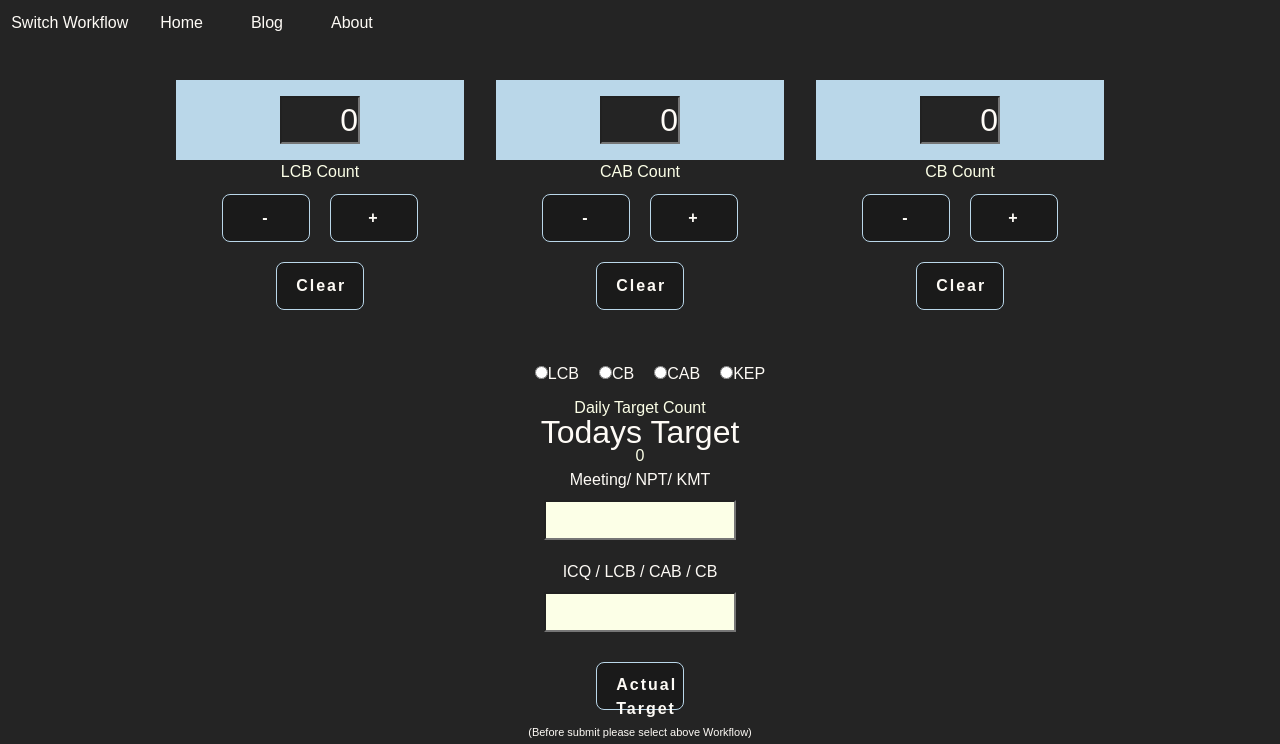
Repository: suraj-yadav7/SwitchWorkflow-Count-reactjs
Page: /
These files come from the project's save history. The page is drawn as it stood at one moment and after the next save; the edit follows.
The browser window is 1280 px wide. The pictures show the whole page.
Some web fonts or font styles are not loaded; a fallback is used. The project was rebuilt for these pictures with package versions that can differ from the ones it lists, and the page was loaded fresh each time.

Above is the page before, as saved 2023-04-20 11:22:16.

After the next save:
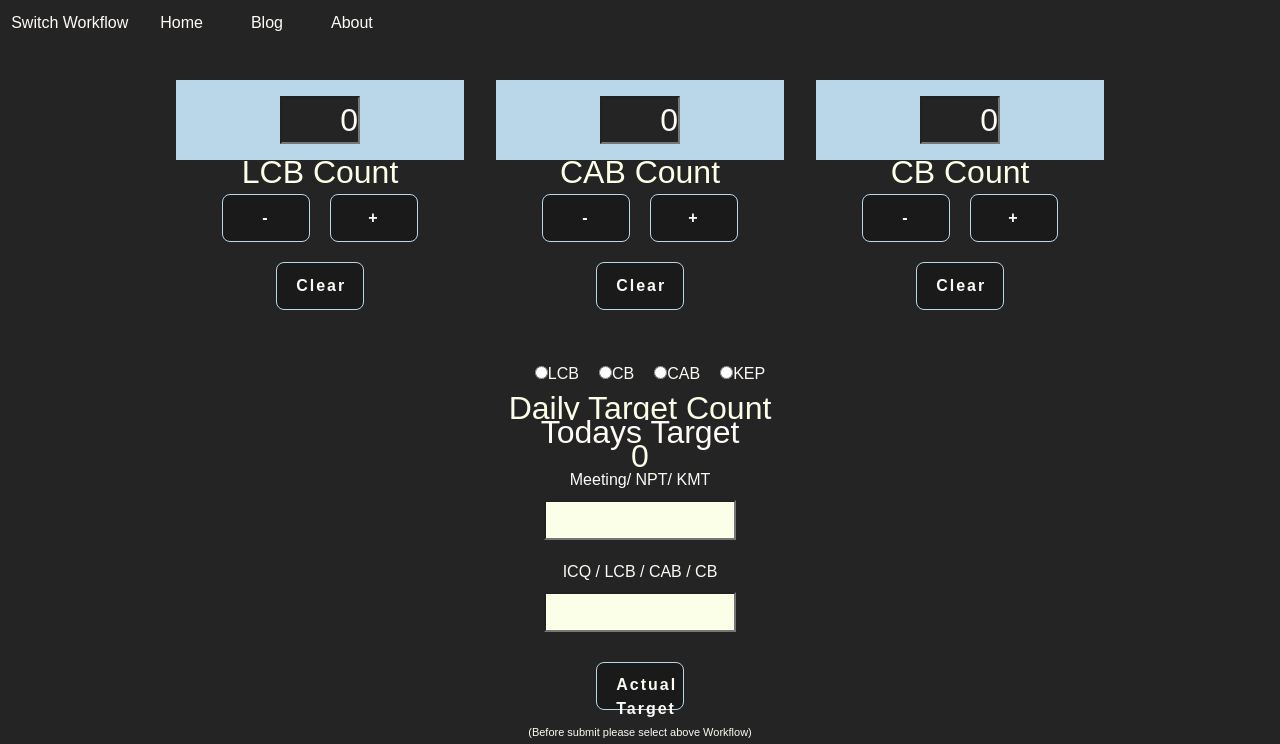
Saved 9 s later.
--- a/src/App.css
+++ b/src/App.css
@@ -22,7 +22,7 @@
 }
 .cardText{
   color: #FCFFE7;
-  font-size: medium;
+  font-size: 2rem;
   font-family: 'Stardos Stencil', cursive, sans-serif;
 
 }
